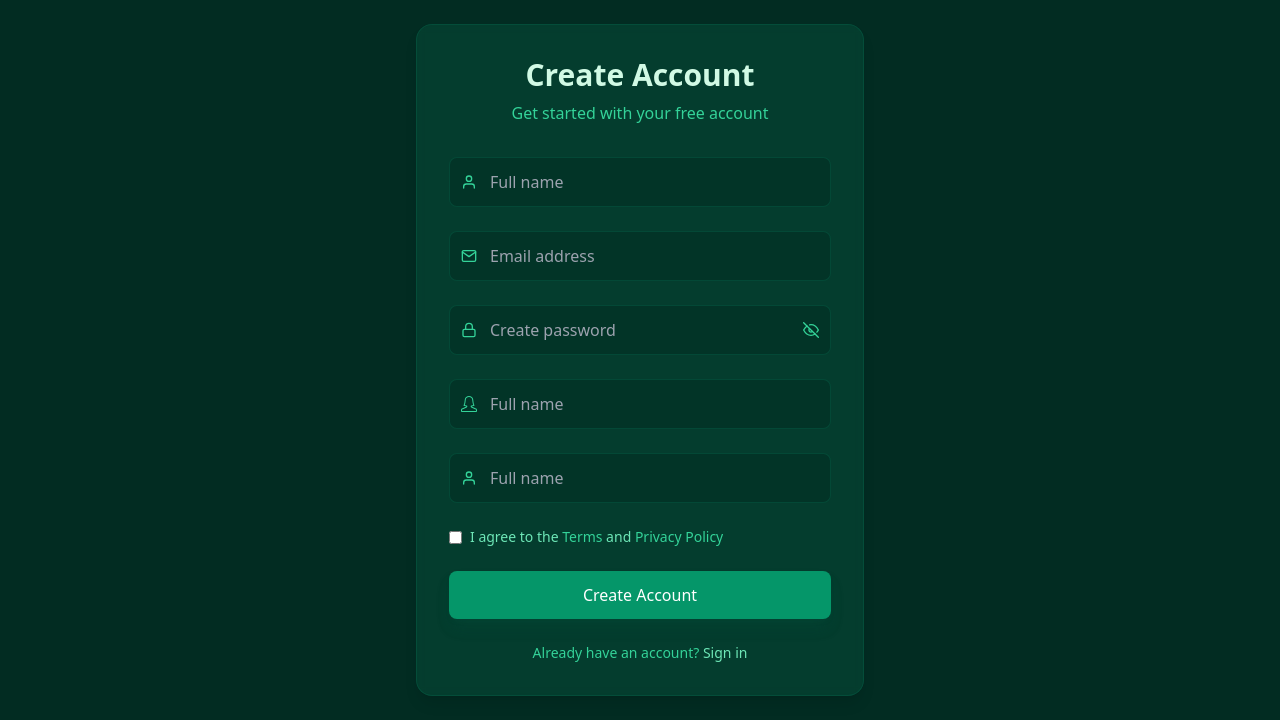
Repository: alizey12/DevLinker-Developer-Portfolio-Builder
Page: /signup
The author's editor kept a copy of each file at every save. The page is drawn from the files as they stood at one save, then again after the next save.
The browser window is 1280 px wide. The pictures show the whole page.
The project was rebuilt for these pictures with package versions that can differ from the ones it lists, and the page was loaded fresh each time. Also part of the build but not shown: vite.config.js, src/Components/Sidebar.jsx, src/Components/Layout/DashboardLayout.jsx, src/Pages/Login.jsx, src/Pages/Portfolio.jsx, src/Pages/Page404.jsx, src/Pages/Dashboard/Profile.jsx, src/Pages/Dashboard/Skills.jsx and 3 more.

Above is the page before, as saved 2025-07-01 14:31:17.

After the next save:
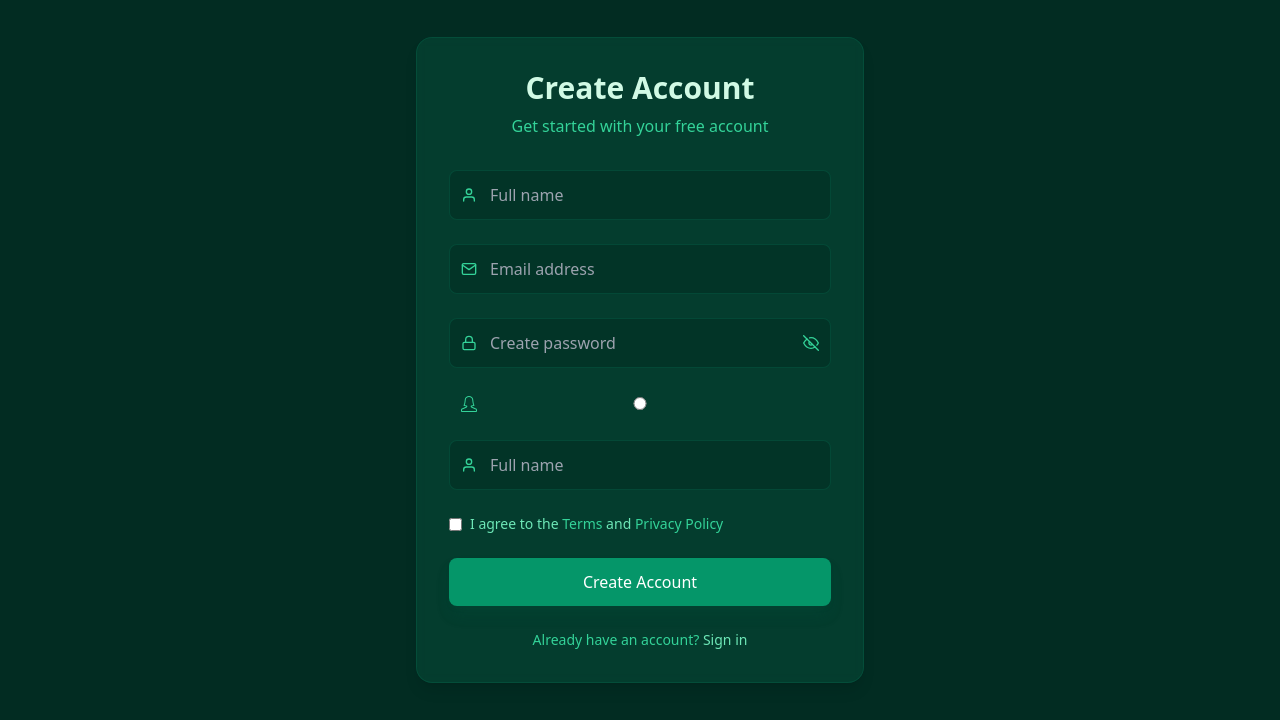
Saved 14 s later.
--- a/src/Pages/Signup.jsx
+++ b/src/Pages/Signup.jsx
@@ -60,7 +60,7 @@
                 <SlUserFemale className="text-emerald-400" />
               </div>
               <input
-                type="text"
+                type="radio"
                 placeholder="Full name"
                 className="w-full pl-10 pr-4 py-3 bg-emerald-950/50 border border-emerald-800/50 text-emerald-100 rounded-lg focus:ring-2 focus:ring-emerald-500 focus:border-transparent transition-all"
               />
